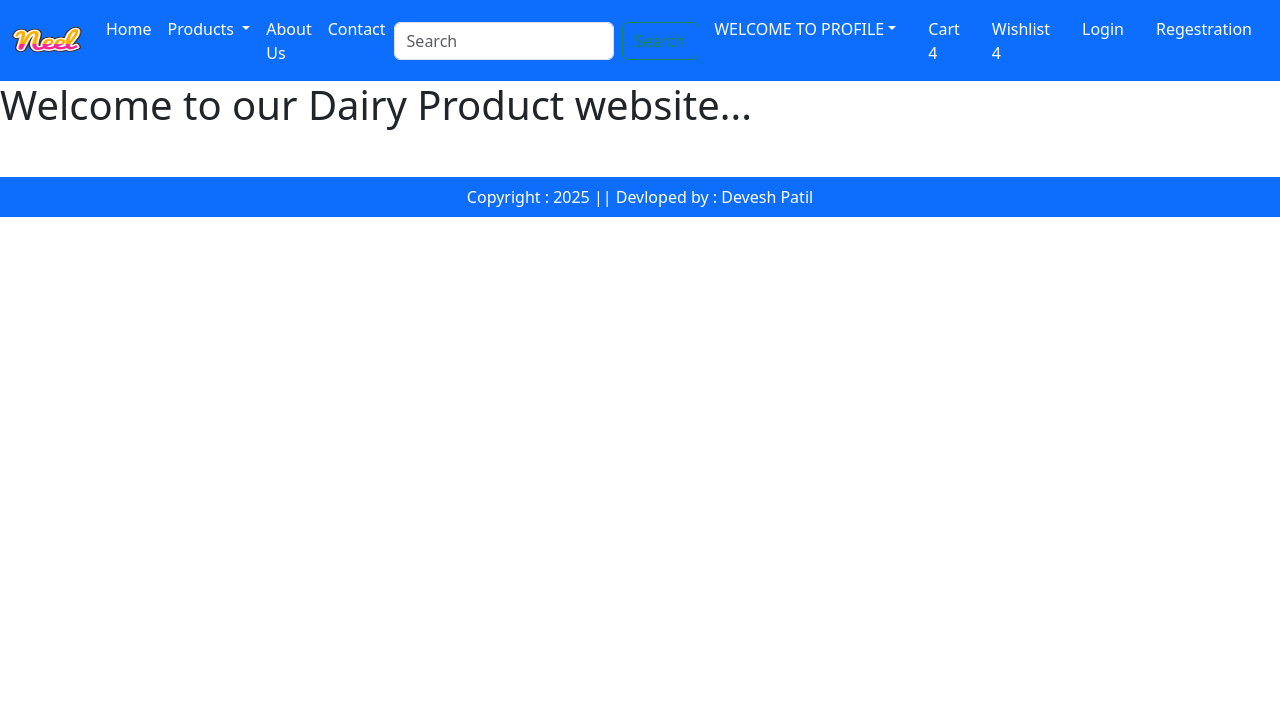
Repository: DeveshPatill/mydjango
Page: http://localhost/
The author's editor kept a copy of each file at every save. The page is drawn from the files as they stood at one save, then again after the next save.
The browser window is 1280 px wide. The pictures show the whole page.
The page is served by the project's application, run on Django 5.2 (ec/manage.py).

Above is the page before, as saved 2025-03-21 16:35:02.

After the next save:
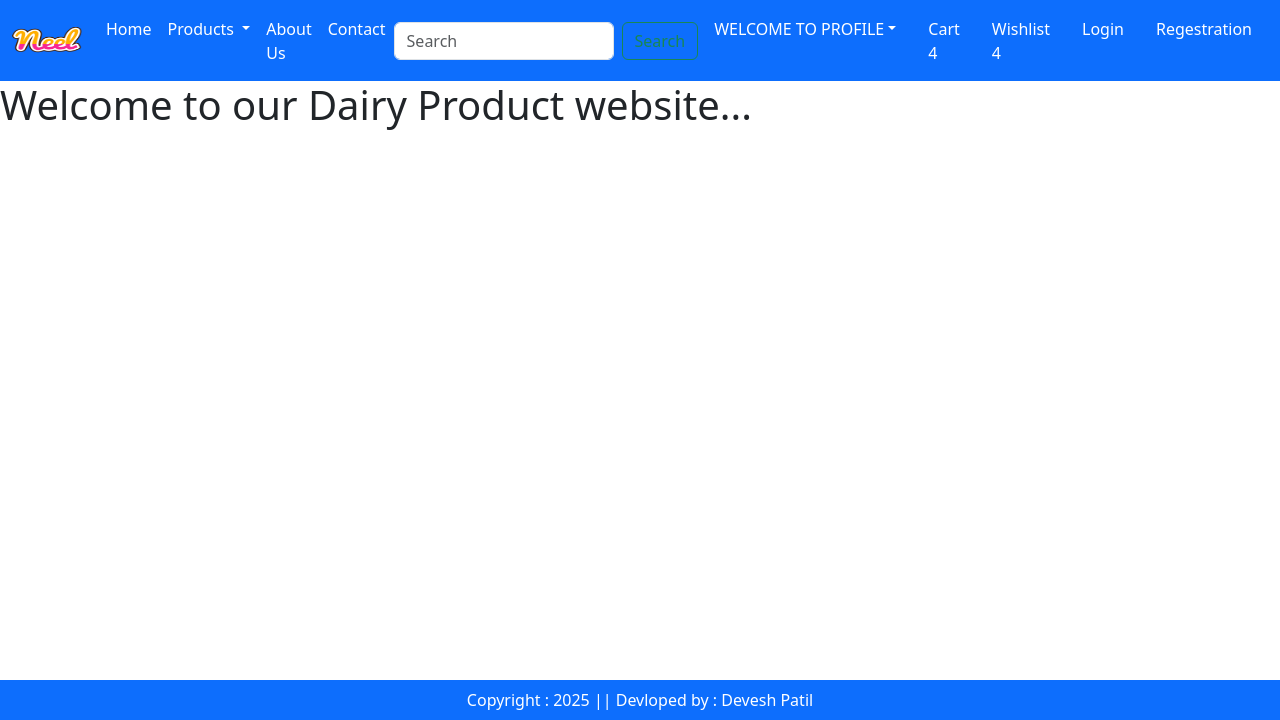
Saved 41 s later.
--- a/ec/app/templates/app/base.html
+++ b/ec/app/templates/app/base.html
@@ -84,7 +84,7 @@
         </div>
       </nav>
       {% block main-content %}{% endblock main-content %}
-      <footer class="container-fluid bg-primary text-center text-white p-2 mt-5">
+      <footer class="container-fluid fixed-bottom bg-primary text-center text-white p-2 mt-5">
         Copyright : 2025 || Devloped by : Devesh Patil
       </footer>
 
